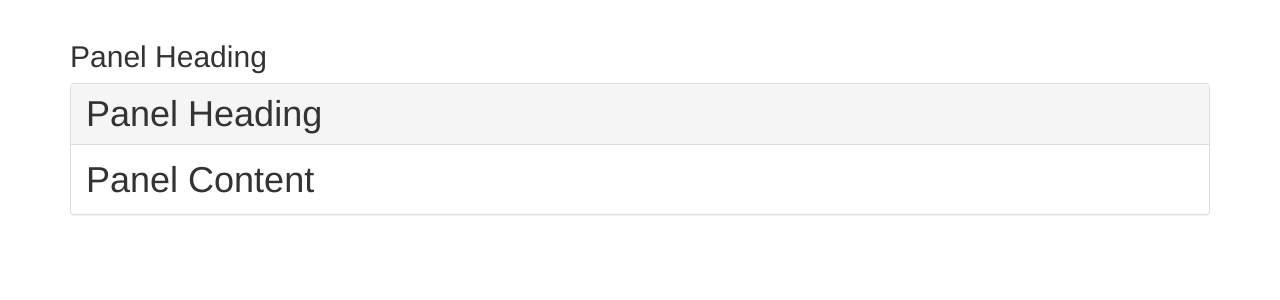
Repository: Hyerim-Ryu/Spring-
Page: http://localhost/SpringMVC01/boardList.do
These files come from the project's save history. The page is drawn as it stood at one moment and after the next save; the edit follows.
The browser window is 1280 px wide. The pictures show the whole page.
The page is served by Tomcat 9.

Above is the page before, as saved 2023-09-05 01:45:37.

After the next save:
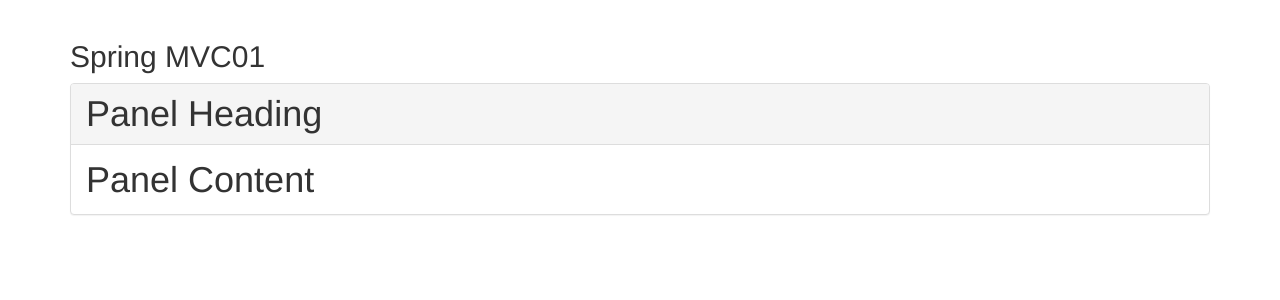
Saved 43 s later.
--- a/workspace.edu/SpringMVC01/src/main/webapp/WEB-INF/views/boardList.jsp
+++ b/workspace.edu/SpringMVC01/src/main/webapp/WEB-INF/views/boardList.jsp
@@ -13,7 +13,7 @@
 <body>
 	<h1>
 		<div class="container">
-		  <h2>Panel Heading</h2>
+		  <h2>Spring MVC01</h2>
 			  <div class="panel panel-default">
 			    <div class="panel-heading">Panel Heading</div>
 			    <div class="panel-body">Panel Content</div>
